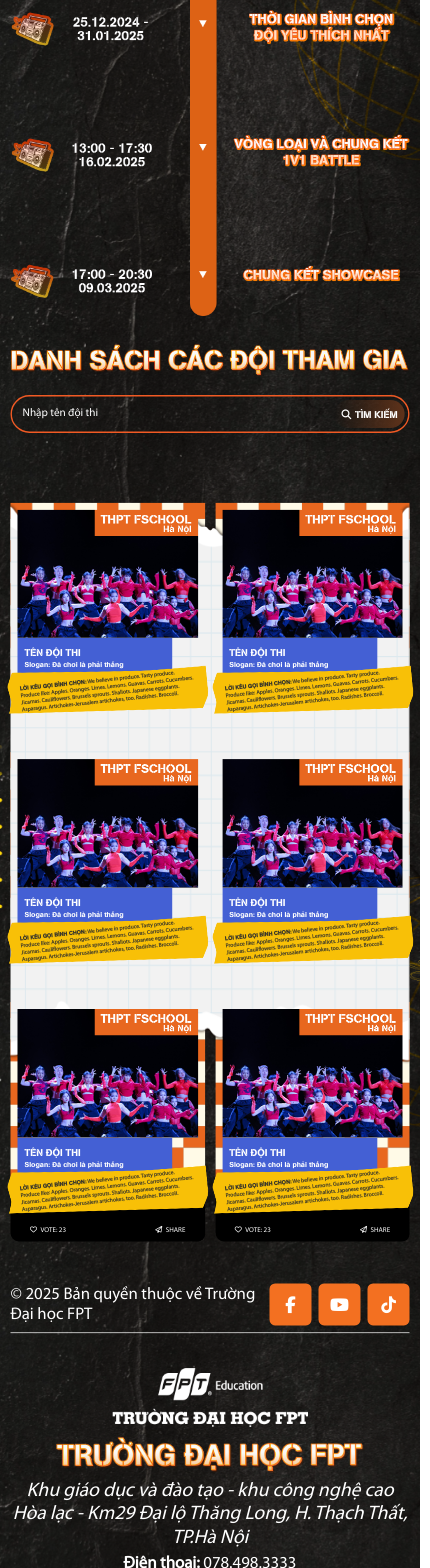
Repository: dinhtri123/hola_fpt
Page: index.html
These files come from the project's save history. The page is drawn as it stood at one moment and after the next save; the edit follows.
The browser window is 600 px wide. The page is 614 px wide, so the pictures cover 614 px, including what lies to the right of the window. The pictures show the part of the page from y = 2768 to 5008 px (the page is 5130 px tall), at 70% of full size.

Above is the page before, as saved 2025-01-04 21:59:49.

### index.html
<!DOCTYPE html>
<html lang="en">

<head>
  <meta charset="UTF-8">
  <meta name="viewport" content="width=device-width, initial-scale=1.0">
  <title>Page 1</title>
  <link rel="stylesheet" href="styles.css">
  <link rel="stylesheet" href="https://cdnjs.cloudflare.com/ajax/libs/font-awesome/6.7.2/css/all.min.css"
    integrity="sha512-Evv84Mr4kqVGRNSgIGL/F/aIDqQb7xQ2vcrdIwxfjThSH8CSR7PBEakCr51Ck+w+/U6swU2Im1vVX0SVk9ABhg=="
    crossorigin="anonymous" referrerpolicy="no-referrer" />
</head>

<body>
  <section class="intro">
    <div class="intro-top">
      <img src="./images/banner-top.png" class="intro-bg md" alt="">
      <img src="./images/banner-top-mb.png" class="intro-bg sm" alt="">
      <div class="container">
        <div class="intro-inner">
          <a href="/" class="intro-logo">
            <img src="./images/logo.png" alt="">
          </a>
          <h2 class="intro-title">
            <img src="./images/intro-text.png" alt="">
          </h2>
          <img src="./images/intro-img.png" class="intro-img1 md" alt="">
          <img src="./images/intro-img-mb.png" class="intro-img1 sm" alt="">
          <h3 class="intro-title-small">
            <img src="./images/intro-text-small.png" alt="">
          </h3>
          <button class="intro-btn">bình chọn</button>
        </div>
      </div>
    </div>
    <div class="intro-bottom">
      <div class="container">
        <img src="./images/banner-bottom.png" class="intro-bg" alt="">
        <h2>
          <img src="./images/intro-title2.png" alt="">
        </h2>
        <img src="./images/intro-img2.png" alt="">
        <div class="intro-bottom-desc">
          <img src="./images/intro-bottom-img.png" alt="">
          <p>
            Trải qua 3 mùa giải ấn tượng, Hola Showcase đã khẳng định vị thế là sân chơi nhảy hàng đầu cho học sinh THPT
            phạm vi
            toàn quốc, thu hút hơn 1000 đơn đăng ký. Mùa 4 trở lại với chủ đề
            “Back to the old school”, đưa các bạn về thời kỳ hoàng kim của Hip-Hop cùng những vũ điệu
            “cool ngầu” và thử thách thú vị. Đặc biệt, vòng đấu 1v1 Battle hứa hẹn sẽ là điểm nhấn bùng nổ,
            nơi các dancer thể hiện kỹ năng và những bước nhảy uyển chuyển trên sân khấu!
            Hãy cùng chờ đón những điều thú vị sắp cập bến tại Hola Showcase 2025 các bạn nhé!
          </p>
        </div>
        <button class="intro-btn">Chi tiết cuộc thi</button>
      </div>
    </div>

  </section>
  <img src="./images/line.png" class="md" alt="">
  <img src="./images/line-mb.png" class="sm" alt="">
  <section class="reward">
    <img src="./images/reward-img.png" class="md" alt="">
    <img src="./images/reward-img-mb.png" class="sm" alt="">
  </section>
  <img src="./images/line.png" class="md" alt="">
  <img src="./images/line-mb.png" class="sm" alt="">
  <section class="time">
    <img src="./images/time-bg.png" class="time-bg md" alt="">
    <img src="./images/time-bg-mb.png" class="time-bg sm" alt="">
    <div class="container">
      <img src="./images/time-img.png" class="md" alt="">
      <img src="./images/time-img-mb.png" class="sm" alt="">
      <h2>
        <img src="./images/time-title2.png" alt="">
      </h2>
      <div class="time-search">
        <input type="search" name="search" id="search" placeholder="Nhập tên đội thi">
        <span>
          <i class="fa-solid fa-magnifying-glass"></i>
          Tìm kiếm
        </span>
      </div>
      <div class="news-list">
        <div class="news-item">
          <div class="news-item-top">
            <img src="./images/news-bg.png" class="news-item-bg" alt="">
            <div class="news-item-img">
              <img src="./images/news-img.png" alt="">
              <div class="news-top-content">
                <h3>Tên đội thi</h3>
                <p>Slogan: Đã chơi là phải thắng</p>
              </div>
            </div>
          </div>
          <div class="news-item-bottom">
            <div class="news-item-desc">
              <p><b>Lời kêu gọi bình chọn:</b> We believe in produce. Tasty produce. Produce like: Apples. Oranges.
                Limes. Lemons. Guavas. Carrots. Cucumbers. Jicamas. Cauliflowers. Brussels sprouts. Shallots. Japanese
                eggplants. Asparagus.
                Artichokes-Jerusalem artichokes, too. Radishes. Broccoli.</p>
            </div>
            <div class="news-item-action">
              <div class="vote">
                <i class="fa-regular fa-heart"></i>
                <span>VOTE: 23</span>
              </div>
              <div class="share">
                <i class="fa-regular fa-paper-plane"></i>
                SHARE
              </div>
            </div>
          </div>
        </div>
        <div class="news-item">
          <div class="news-item-top">
            <img src="./images/news-bg.png" class="news-item-bg" alt="">
            <div class="news-item-img">
              <img src="./images/news-img.png" alt="">
              <div class="news-top-content">
                <h3>Tên đội thi</h3>
                <p>Slogan: Đã chơi là phải thắng</p>
              </div>
            </div>
          </div>
          <div class="news-item-bottom">
            <div class="news-item-desc">
              <p><b>Lời kêu gọi bình chọn:</b> We believe in produce. Tasty produce. Produce like: Apples. Oranges.
                Limes. Lemons. Guavas. Carrots. Cucumbers. Jicamas. Cauliflowers. Brussels sprouts. Shallots. Japanese
                eggplants. Asparagus.
                Artichokes-Jerusalem artichokes, too. Radishes. Broccoli.</p>
            </div>
            <div class="news-item-action">
              <div class="vote">
                <i class="fa-regular fa-heart"></i>
                <span>VOTE: 23</span>
              </div>
              <div class="share">
                <i class="fa-regular fa-paper-plane"></i>
                SHARE
              </div>
            </div>
          </div>
        </div>
        <div class="news-item">
          <div class="news-item-top">
            <img src="./images/news-bg.png" class="news-item-bg" alt="">
            <div class="news-item-img">
              <img src="./images/news-img.png" alt="">
              <div class="news-top-content">
                <h3>Tên đội thi</h3>
                <p>Slogan: Đã chơi là phải thắng</p>
              </div>
            </div>
          </div>
          <div class="news-item-bottom">
            <div class="news-item-desc">
              <p><b>Lời kêu gọi bình chọn:</b> We believe in produce. Tasty produce. Produce like: Apples. Oranges.
                Limes. Lemons. Guavas. Carrots. Cucumbers. Jicamas. Cauliflowers. Brussels sprouts. Shallots. Japanese
                eggplants. Asparagus.
                Artichokes-Jerusalem artichokes, too. Radishes. Broccoli.</p>
            </div>
            <div class="news-item-action">
              <div class="vote">
                <i class="fa-regular fa-heart"></i>
                <span>VOTE: 23</span>
              </div>
              <div class="share">
                <i class="fa-regular fa-paper-plane"></i>
                SHARE
              </div>
            </div>
          </div>
        </div>
        <div class="news-item">
          <div class="news-item-top">
            <img src="./images/news-bg.png" class="news-item-bg" alt="">
            <div class="news-item-img">
              <img src="./images/news-img.png" alt="">
              <div class="news-top-content">
                <h3>Tên đội thi</h3>
                <p>Slogan: Đã chơi là phải thắng</p>
              </div>
            </div>
          </div>
          <div class="news-item-bottom">
            <div class="news-item-desc">
              <p><b>Lời kêu gọi bình chọn:</b> We believe in produce. Tasty produce. Produce like: Apples. Oranges.
                Limes. Lemons. Guavas. Carrots. Cucumbers. Jicamas. Cauliflowers. Brussels sprouts. Shallots. Japanese
                eggplants. Asparagus.
                Artichokes-Jerusalem artichokes, too. Radishes. Broccoli.</p>
            </div>
            <div class="news-item-action">
              <div class="vote">
                <i class="fa-regular fa-heart"></i>
                <span>VOTE: 23</span>
              </div>
              <div class="share">
                <i class="fa-regular fa-paper-plane"></i>
                SHARE
              </div>
            </div>
          </div>
        </div>
        <div class="news-item">
          <div class="news-item-top">
            <img src="./images/news-bg.png" class="news-item-bg" alt="">
            <div class="news-item-img">
              <img src="./images/news-img.png" alt="">
              <div class="news-top-content">
                <h3>Tên đội thi</h3>
                <p>Slogan: Đã chơi là phải thắng</p>
              </div>
            </div>
          </div>
          <div class="news-item-bottom">
            <div class="news-item-desc">
              <p><b>Lời kêu gọi bình chọn:</b> We believe in produce. Tasty produce. Produce like: Apples. Oranges.
                Limes. Lemons. Guavas. Carrots. Cucumbers. Jicamas. Cauliflowers. Brussels sprouts. Shallots. Japanese
                eggplants. Asparagus.
                Artichokes-Jerusalem artichokes, too. Radishes. Broccoli.</p>
            </div>
            <div class="news-item-action">
              <div class="vote">
                <i class="fa-regular fa-heart"></i>
                <span>VOTE: 23</span>
              </div>
              <div class="share">
                <i class="fa-regular fa-paper-plane"></i>
                SHARE
              </div>
            </div>
          </div>
        </div>
        <div class="news-item">
          <div class="news-item-top">
            <img src="./images/news-bg.png" class="news-item-bg" alt="">
            <div class="news-item-img">
              <img src="./images/news-img.png" alt="">
              <div class="news-top-content">
                <h3>Tên đội thi</h3>
                <p>Slogan: Đã chơi là phải thắng</p>
              </div>
            </div>
          </div>
          <div class="news-item-bottom">
            <div class="news-item-desc">
              <p><b>Lời kêu gọi bình chọn:</b> We believe in produce. Tasty produce. Produce like: Apples. Oranges.
                Limes. Lemons. Guavas. Carrots. Cucumbers. Jicamas. Cauliflowers. Brussels sprouts. Shallots. Japanese
                eggplants. Asparagus.
                Artichokes-Jerusalem artichokes, too. Radishes. Broccoli.</p>
            </div>
            <div class="news-item-action">
              <div class="vote">
                <i class="fa-regular fa-heart"></i>
                <span>VOTE: 23</span>
              </div>
              <div class="share">
                <i class="fa-regular fa-paper-plane"></i>
                SHARE
              </div>
            </div>
          </div>
        </div>
      </div>
      <div class="footer">
        <div class="footer-top">
          <p>© 2025 Bản quyền thuộc về Trường Đại học FPT</p>
          <div class="footer-social">
            <a href="">
              <i class="fa-brands fa-facebook-f"></i>
            </a>
            <a href="">
              <i class="fa-brands fa-youtube"></i>
            </a>
            <a href="">
              <i class="fa-brands fa-tiktok"></i>
            </a>
          </div>
        </div>
        <div class="footer-main">
          <a href="/" class="footer-logo">
            <img src="./images/logo.png" alt="">
          </a>
          <h3>
            <img src="./images/text-footer.png" alt="">
          </h3>
          <address>Khu giáo dục và đào tạo - khu công nghệ cao Hòa lạc - Km29 Đại lộ Thăng Long, H. Thạch Thất, TP.Hà
            Nội</address>
          <a href="tel:0784983333"><b>Điện thoại:</b> 078.498.3333</a>
          <a href="mailto: Holashowcasefpt@gmail.com"><b>Email:</b> Holashowcasefpt@gmail.com</a>
          <a href="https://daihoc.fpt.edu.vn/"><b>Website:</b> daihoc.fpt.edu.vn</a>
        </div>
      </div>
    </div>
  </section>
</body>

</html>

### styles.css
@font-face {
  font-family: "Myriad Pro";
  src: url("./fonts/MYRIADPRO-REGULAR.ttf") format("truetype");
}
@font-face {
  font-family: "SFUAGBuchStencilBQMedium";
  src: url("./fonts/SFUAGBuchStencilBQMedium.ttf") format("truetype");
  font-weight: normal;
  font-style: normal;
}
:root {
  --font-primary: "SFUAGBuchStencilBQMedium", sans-serif;
  --font-secondary: "Myriad Pro", sans-serif;
  --cl-white: #fff;
}
* {
  box-sizing: border-box;
  padding: 0;
  margin: 0;
}
body {
  font-family: var(--font-primary);
  font-size: 16px;
  font-weight: 400;
}
.container {
  max-width: 1630px;
  padding-left: 15px;
  padding-right: 15px;
  margin: 0px auto;
}
.sm {
  display: none !important;
}
.md {
  display: flex !important;
}
img {
  max-width: 100%;
  height: auto;
  object-fit: cover;
}
.intro > div {
  position: relative;
}
.intro-top {
  z-index: 1;
}
.intro-bg {
  position: absolute;
  width: 100%;
  height: 100%;
  top: 0;
  left: 0;
  z-index: -1;
  object-position: bottom;
}
.intro-inner {
  padding-top: 50px;
  text-align: center;
  z-index: 1;
}
.intro-logo {
  max-width: 280px;
}
.intro-title {
  margin-top: 30px;
}
.intro-title-small {
  margin-top: -60px;
  z-index: -1;
  position: relative;
}
.intro-btn {
  background: linear-gradient(to right, #e24103, #e66715);
  border-radius: 50px;
  border: 2px solid var(--cl-white);
  font-size: 54px;
  padding: 10px 100px 15px;
  color: var(--cl-white);
  text-transform: uppercase;
  font-family: var(--font-primary);
  line-height: 1;
  width: max-content;
  min-height: 80px;
  transform: translateY(30px);
}
.intro-bottom {
  padding-top: 180px;
  margin-top: -80px;
  text-align: center;
  padding-bottom: 100px;
}
.intro-bottom-desc {
  position: relative;
  padding: 220px 120px;
}
.intro-bottom-desc img {
  position: absolute;
  top: 0;
  left: 0;
  width: 100%;
  height: 100%;
  z-index: -1;
  object-fit: contain;
}
.intro-bottom-desc p {
  padding: 100px 50px;
  background: rgba(0, 0, 0, 0.5);
  color: var(--cl-white);
  font-family: var(--font-secondary);
  font-size: 30px;
  line-height: 1.4;
}
.intro-bottom .intro-btn {
  margin-top: -50px;
  transform: translateY(-40px);
}
/* reward */
.reward {
  position: relative;
}
.reward-bg {
  position: absolute;
  top: 0;
  left: 0;
  width: 100%;
  height: 100%;
}
.reward-inner {
  padding: 100px 0px;
  position: relative;
}
.time {
  position: relative;
  padding: 100px 0px 40px;
}
.time-bg {
  position: absolute;
  top: 0;
  left: 0;
  width: 100%;
  height: 100%;
  z-index: -1;
  object-position: bottom;
}
.time h2 {
  text-align: center;
  margin-top: 80px;
  margin-bottom: 50px;
}
.time-search {
  max-width: 80%;
  width: 100%;
  position: relative;
  min-height: 70px;
  padding: 10px;
  display: flex;
  align-items: center;
  border: 2px solid #f15a24;
  border-radius: 50px;
  margin: 0px auto;
}
.time-search input {
  flex: 1;
  width: 100%;
  height: 100%;
  background: transparent;
  border: none;
  outline: none;
  min-height: inherit;
  padding: 5px 20px;
  font-family: var(--font-secondary);
  font-size: 30px;
  color: var(--cl-white);
}
.time-search input::placeholder {
  color: var(--cl-white);
}
.time-search span {
  display: flex;
  width: max-content;
  height: 100%;
  background: linear-gradient(to right, transparent, #5e321a);
  align-items: center;
  min-height: inherit;
  padding: 5px 30px;
  text-transform: uppercase;
  color: var(--cl-white);
  font-size: 30px;
  border-radius: 50px;
  cursor: pointer;
}
.footer {
  margin-top: 100px;
}
.footer-top {
  display: flex;
  justify-content: space-between;
  align-items: flex-end;
  border-bottom: 1px solid var(--cl-white);
  padding: 10px 0px;
}
.footer-top p {
  font-family: var(--font-secondary);
  font-size: 24px;
  color: var(--cl-white);
}
.footer-social {
  display: flex;
  gap: 10px;
  align-items: center;
}
.footer-social a {
  width: 60px;
  height: 60px;
  border-radius: 8px;
  background-color: #f37021;
  color: var(--cl-white);
  display: flex;
  align-items: center;
  justify-content: center;
  text-decoration: none;
}
.footer-social a i {
  font-size: 24px;
}
.footer-main {
  margin-top: 50px;
  text-align: center;
  color: var(--cl-white);
  font-family: var(--font-secondary);
}
.footer-logo {
  margin-bottom: 20px;
  display: block;
}
.footer address {
  font-size: 28px;
  margin-bottom: 5px;
}
.footer-main a {
  display: block;
  text-align: center;
  color: var(--cl-white);
  text-decoration: none;
  font-size: 24px;
  margin: 0px auto 5px;
  width: fit-content;
}
.news-list {
  display: grid;
  grid-template-columns: repeat(3, 1fr);
  justify-content: space-between;
  margin-top: 100px;
  gap: 50px;
  padding-bottom: 50px;
}
.news-item {
  max-width: 460px;
}
.news-item-top {
  position: relative;
  padding: 52px;
}
.news-item-bg {
  position: absolute;
  z-index: -1;
  top: 0;
  left: 0;
  width: 100%;
}
.news-top-content {
  background-color: #4460d4;
  color: var(--cl-white);
  padding: 18px;
  width: 86%;
  transform: translateY(-4px);
}
.news-top-content h3 {
  font-size: 32px;
  text-transform: uppercase;
  font-weight: 500;
}
.news-top-content p {
  font-size: 16px;
  font-weight: 500;
}
.news-item-bottom {
  background: #000;
  margin-top: -5px;
  color: var(--cl-white);
  border-bottom-left-radius: 12px;
  border-bottom-right-radius: 10px;
}
.news-item-desc {
  position: relative;
  transform: translateY(-25px);
}
.news-item-desc::before {
  content: "";
  position: absolute;
  top: 0;
  left: 0;
  background-image: url("./images/news-img2.png");
  background-repeat: no-repeat;
  width: 100%;
  height: 100%;
  background-size: 100% 100%;
  transform: scaleX(1.03) scaleY(1.5);
}
.news-item-desc p {
  max-width: 80%;
  margin: 0px auto;
  z-index: 1;
  font-size: 12px;
  position: relative;
  padding: 5px 0px;
  transform: rotate(-4deg);
  font-weight: 600;
  font-family: var(--font-secondary);
  color: #3b382b;
}
.news-item-desc p b {
  font-family: var(--font-primary);
  text-transform: uppercase;
}
.news-item-action {
  display: flex;
  justify-content: space-between;
  align-items: center;
  max-width: 80%;
  margin: 0px auto;
  padding: 10px 0px;
  font-size: 20px;
  font-family: var(--font-secondary);
}
.news-item-action > div {
  display: flex;
  gap: 5px;
  align-items: center;
  cursor: pointer;
}
.news-item-action > div i {
  font-size: 22px;
}
@media screen and (max-width: 1280px) {
  .news-list {
    grid-template-columns: repeat(2, 1fr);
  }
}
@media screen and (max-width: 1024px) {
  .intro-bottom-desc {
    padding: 100px 20px;
  }
  .intro-bottom-desc p {
    padding: 50px;
  }
  .news-top-content h3 {
    font-size: 20px;
  }
  .news-item-top {
    padding: 40px;
  }
  .news-list {
    gap: 40px;
  }
  .footer {
    margin: 0;
  }
}
@media screen and (max-width: 767px) {
  .sm {
    display: flex !important;
  }
  .md {
    display: none !important;
  }
  .intro-btn {
    padding: 10px 20px;
    min-height: auto;
    font-size: 16px;
  }
  .intro-bottom-desc p {
    padding: 20px;
    font-size: 16px;
  }
  .intro-logo {
    max-width: 120px;
    margin: 0px auto;
    display: flex;
  }
  .intro-inner .intro-bg {
    object-position: top;
    object-fit: fill;
  }
  .intro-inner {
    padding-top: 40px;
  }
  .intro-title-small {
    display: none;
  }
  .intro-inner .intro-btn {
    transform: translateY(20px);
  }
  .intro-title {
    max-width: 90%;
    margin: 30px auto 0px;
  }
  .intro-bottom {
    padding-top: 130px;
  }
  .intro-bottom > div > img:nth-child(3) {
    max-width: 80%;
  }
  .intro-bottom-desc {
    padding: 0px;
  }
  .intro-bottom-desc img {
    transform: scale(1.1);
  }
  .intro-bottom .intro-btn {
    margin-top: 10px;
    transform: translateY(0px);
  }
  .time {
    padding: 40px 0px;
  }
  .time h2 {
    margin: 40px 0px 20px;
  }
  .time-search {
    max-width: 100%;
    min-height: 40px;
    padding: 5px;
  }
  .time-search input {
    font-size: 16px;
  }
  .time-search span {
    font-size: 14px;
    padding: 5px 10px;
    gap: 5px;
  }
  .time-search input {
    font-size: 16px;
    padding: 0px 10px;
  }
  .news-list {
    gap: 15px;
  }
  .news-item-top {
    padding: 10px;
  }
  .news-top-content {
    padding: 10px;
  }
  .news-top-content h3 {
    font-size: 14px;
  }
  .news-top-content p {
    font-size: 10px;
    font-weight: 500;
  }
  .news-item-desc p {
    font-size: 8px;
    max-width: 90%;
    transform: rotate(-8deg);
  }
  .news-item-action,
  .news-item-action > div i {
    font-size: 10px;
  }
  .news-item-bg {
    height: 100%;
  }
  .news-item-desc {
    transform: translateY(-15px) rotate(2deg);
  }
  .news-list {
    position: relative;
  }
  .news-list::before {
    content: "";
    position: absolute;
    bottom: 0;
    left: 0;
    background-image: url("./images/news-list-bg.png");
    background-repeat: no-repeat;
    background-size: 100%;
    width: 100%;
    height: 100%;
  }
}

After the next save:
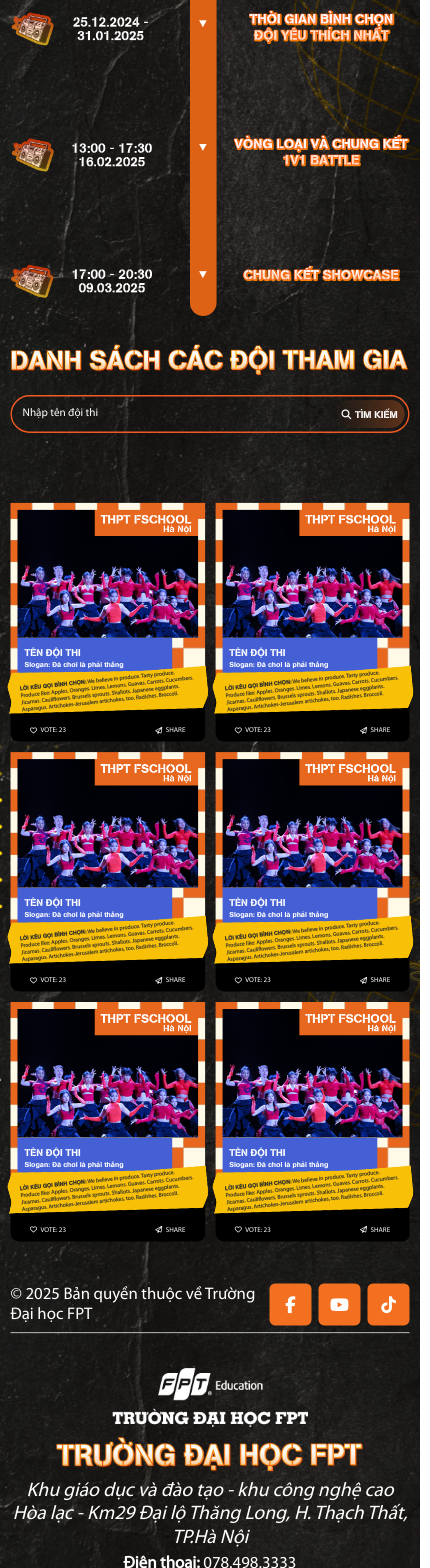
Saved 2 min 25 s later.
--- a/styles.css
+++ b/styles.css
@@ -481,14 +481,17 @@
     position: relative;
   }
   .news-list::before {
-    content: "";
-    position: absolute;
-    bottom: 0;
-    left: 0;
-    background-image: url("./images/news-list-bg.png");
-    background-repeat: no-repeat;
-    background-size: 100%;
-    width: 100%;
-    height: 100%;
-  }
-}
+    .news-list::before {
+      content: "";
+      position: absolute;
+      top: 100px;
+      left: -15px;
+      background-image: url(./images/news-list-bg.png);
+      background-repeat: no-repeat;
+      background-size: 100%;
+      width: calc(100% + 30px);
+      height: 100%;
+      z-index: -1;
+    }
+  }
+}
